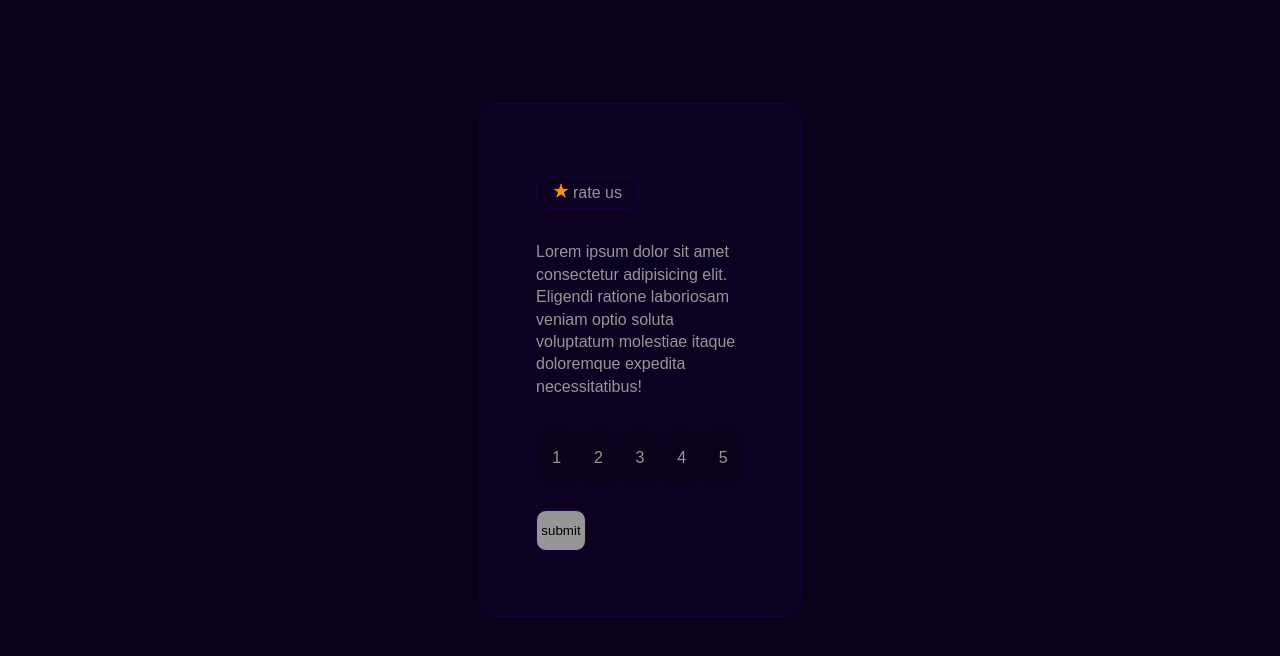
Repository: russel-success/xcodepp-TASK-2
Page: index.html
An editor plug-in stored every save of this project. The page is shown before and after the next save, followed by the edit.
The browser window is 1280 px wide. The pictures show the whole page.

Above is the page before, as saved 2024-05-25 09:49:49.

After the next save:
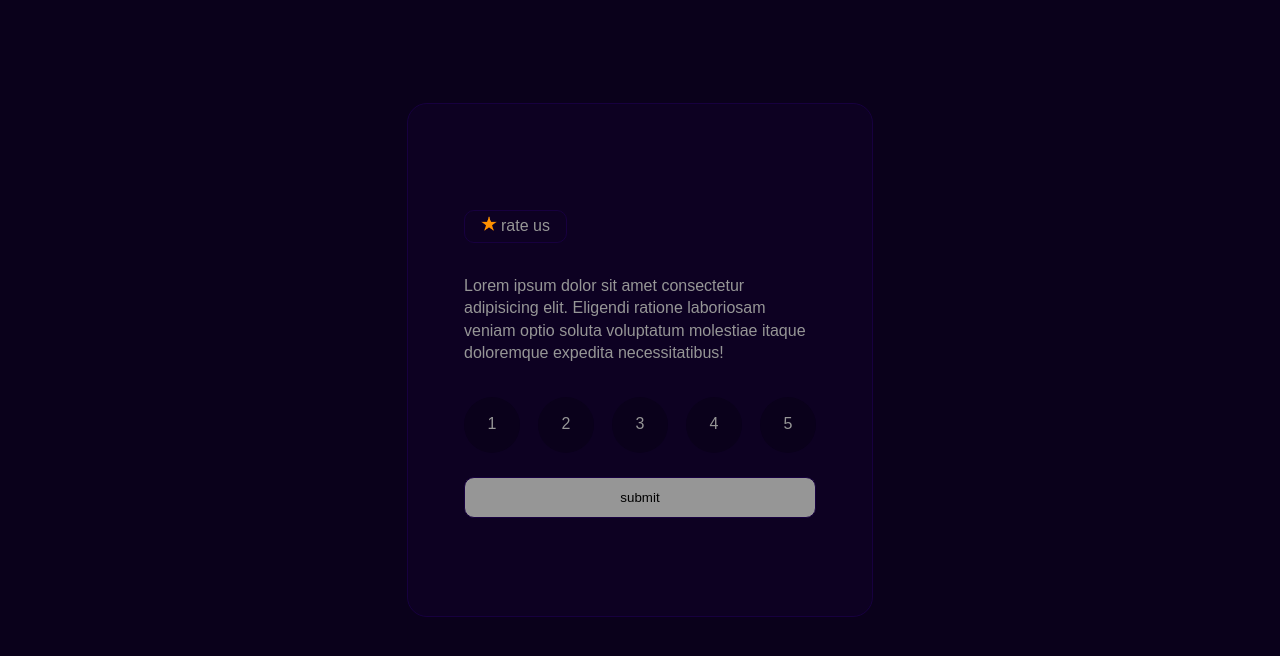
Saved 10 min 6 s later.
--- a/styles/styles.css
+++ b/styles/styles.css
@@ -102,7 +102,7 @@
     transition:background 0.2s ease;
     cursor:pointer;
 }
-@media screen and (min-width:360px){
+/* @media screen and (min-width:360px){
    text{
     font-size:0.9rem;
    }
@@ -112,4 +112,4 @@
    .card-container{
     width:100px;
    }
-}
+} */

After the save that followed:
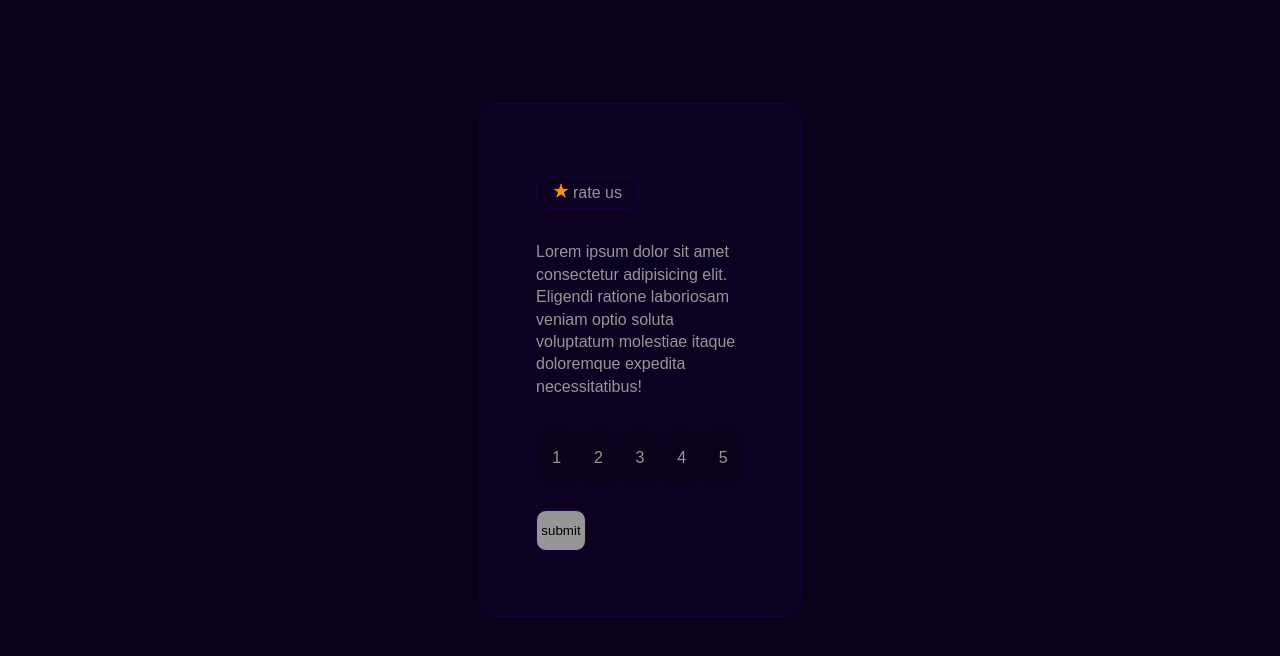
Saved 10 s later.
--- a/styles/styles.css
+++ b/styles/styles.css
@@ -102,7 +102,7 @@
     transition:background 0.2s ease;
     cursor:pointer;
 }
-/* @media screen and (min-width:360px){
+@media screen and (min-width:360px){
    text{
     font-size:0.9rem;
    }
@@ -112,4 +112,4 @@
    .card-container{
     width:100px;
    }
-} */
+}
